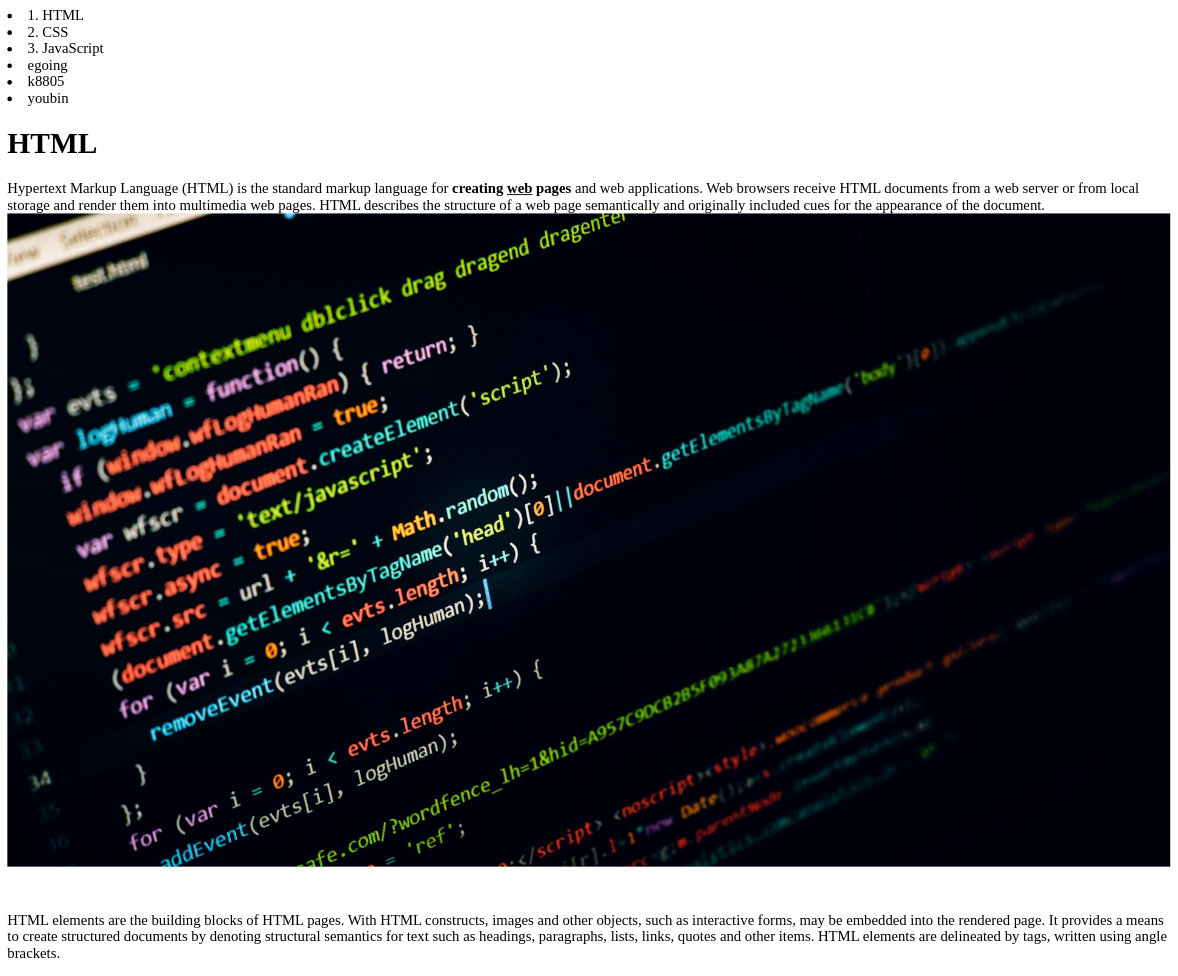
Repository: youngsik0405/Web-study
Page: Practice/WebContent/1.html
The author's editor kept a copy of each file at every save. The page is drawn from the files as they stood at one save, then again after the next save.
The browser window is 1280 px wide. The pictures show the whole page, at 92% of full size.

Above is the page before, as saved 2025-01-20 11:50:33.

### Practice/WebContent/1.html
<!DOCTYPE html>
<html>
<head>
<meta charset="UTF-8">
<title>Insert title here</title>
</head>
<body>

<li>1. HTML</li>
<li>2. CSS</li>
<li>3. JavaScript</li>

<li>egoing</li>
<li>k8805</li>
<li>youbin</li>



<h1>HTML</h1>
<p>Hypertext Markup Language (HTML) is
the standard markup language for <strong>creating <u>web</u>
 pages</strong> and web applications.
 Web browsers receive HTML documents
 from a web server or from local storage
 and render them into multimedia web pages.
 HTML describes the structure of a
 web page semantically and originally included
 cues for the appearance of the document.
 <img src="coding.jpg" width="100%;">
</p><p style="margin-top:45px;">HTML elements are
the building blocks of HTML pages.
With HTML constructs, images and other objects,
such as interactive forms, may be embedded into
the rendered page. It provides a means to create
structured documents by denoting structural
semantics for text such as headings, paragraphs,
lists, links, quotes and other items.
HTML elements are delineated by tags,
written using angle brackets.</p>


</body>
</html>

After the next save:
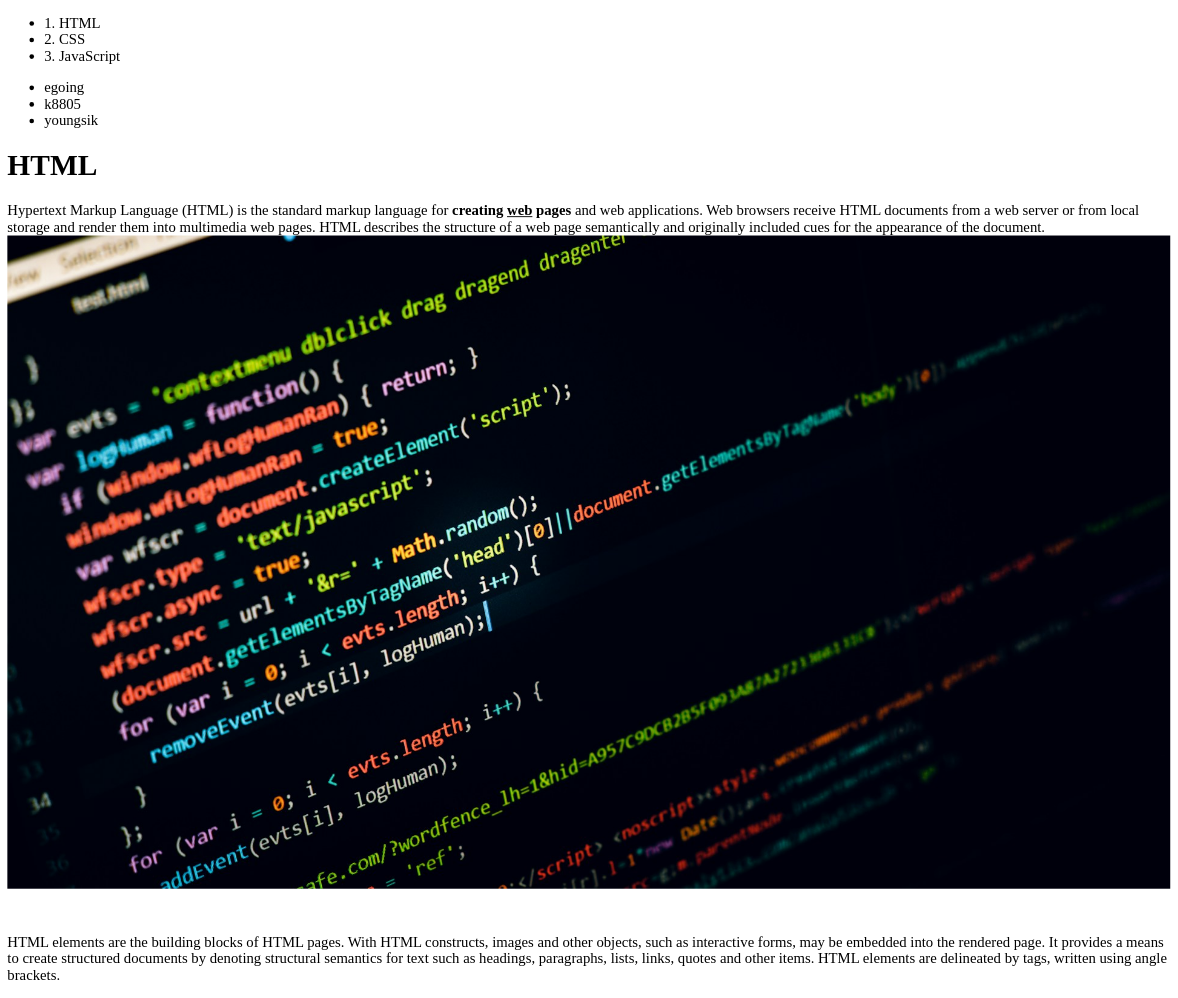
Saved 64 s later.
--- a/Practice/WebContent/1.html
+++ b/Practice/WebContent/1.html
@@ -5,15 +5,16 @@
 <title>Insert title here</title>
 </head>
 <body>
-
-<li>1. HTML</li>
-<li>2. CSS</li>
-<li>3. JavaScript</li>
-
-<li>egoing</li>
-<li>k8805</li>
-<li>youbin</li>
-
+<ul>
+	<li>1. HTML</li>
+	<li>2. CSS</li>
+	<li>3. JavaScript</li>
+</ul>
+<ul>
+	<li>egoing</li>
+	<li>k8805</li>
+	<li>youngsik</li>
+</ul>
 
 
 <h1>HTML</h1>
